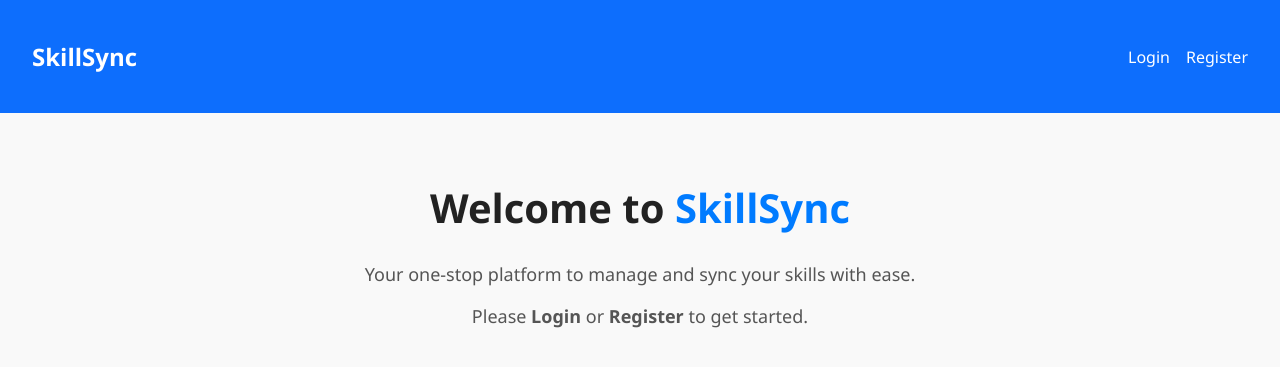
Repository: bharathabhi46/SkillSync-FrontEnd
Page: /
An editor plug-in stored every save of this project. The page is shown before and after the next save, followed by the edit.
The browser window is 1280 px wide. The pictures show the whole page.
The project was rebuilt for these pictures with package versions that can differ from the ones it lists, and the page was loaded fresh each time. Also part of the build but not shown: vite.config.js, src/Components/CreateUser/CreateUser.css, src/Components/CreateUser/CreateUser.jsx, src/Components/UserList/UserList.css, src/Components/UserList/UserList.jsx, src/Components/EditUser/EditUser.css, src/Components/EditUser/EditUser.jsx, src/Components/RegisterUser/RegisterUser.css and 4 more.

Above is the page before, as saved 2025-06-28 14:18:26.

### src/main.jsx
import { StrictMode } from "react";
import { createRoot } from "react-dom/client";
import { BrowserRouter } from "react-router-dom";
import App from "./App.jsx";

createRoot(document.getElementById("root")).render(
  <BrowserRouter>
    <App />
  </BrowserRouter>
);

### src/App.jsx
import React from "react";
import CreateUser from "./Components/CreateUser/CreateUser";
import UserList from "./Components/UserList/UserList";
import EditUser from "./Components/EditUser/EditUser";
import { Route, Routes } from "react-router-dom";
import RegisterUser from "./Components/RegisterUser/RegisterUser";
import LoginUser from "./Components/LoginUser/LoginUser";
import "./App.css";
import PrivateAuth from "./Components/PrivateAuth/PrivateAuth";
import NavBar from "./Components/NavBar/NavBar";
import Home from "./Components/Home/Home";
const App = () => {
  return (
    <div>
      <NavBar />
      <Routes>
        <Route path="/" element={<Home />} />
        <Route
          path="/UserList"
          element={
            <PrivateAuth>
              <UserList />
            </PrivateAuth>
          }
        />
        <Route
          path="/EditUser/:id"
          element={
            <PrivateAuth>
              <EditUser />
            </PrivateAuth>
          }
        />
        <Route
          path="/CreateUser"
          element={
            <PrivateAuth>
              <CreateUser />
            </PrivateAuth>
          }
        />
        <Route path="/RegisterUser" element={<RegisterUser />} />
        <Route path="/LoginUser" element={<LoginUser />} />
      </Routes>
    </div>
  );
};

export default App;

### src/App.css
body {
  margin: 0;
  font-family: "Segoe UI", sans-serif;
  background-color: #f9f9f9;
  color: #333;
}

h2 {
  color: #333;
  margin-bottom: 1rem;
}

### src/Components/NavBar/NavBar.jsx
import React from "react";
import { Link, useNavigate } from "react-router-dom";
import "./Navbar.css";
const Navbar = () => {
  const navigate = useNavigate();
  const user = JSON.parse(localStorage.getItem("user"));
  console.log(user !== null);
  const handleLogout = () => {
    localStorage.removeItem("user");
    navigate("/LoginUser");
  };

  return (
    <nav className="navbar">
      <h3 className="logo">SkillSync</h3>
      <div className="nav-links">
        {user ? (
          <>
            <span>
              Welcome, <strong>{user.name}</strong> 👋
            </span>
            <Link to="/UserList">Users</Link>
            <Link to="/CreateUser">Create</Link>
            <button onClick={handleLogout}>Logout</button>
          </>
        ) : (
          <>
            <Link to="/LoginUser">Login</Link>
            <Link to="/RegisterUser">Register</Link>
          </>
        )}
      </div>
    </nav>
  );
};

export default Navbar;

### src/Components/Home/Home.jsx
import React from "react";
import "./Home.css";

const Home = () => {
  const user = JSON.parse(localStorage.getItem("user"));

  return (
    <div className="home-container">
      <h1>
        Welcome to <span>SkillSync</span>
      </h1>
      <p>
        {user
          ? `Hello, ${user.name}! You are logged in.`
          : "Your one-stop platform to manage and sync your skills with ease."}
      </p>
      {!user && (
        <p>
          Please <strong>Login</strong> or <strong>Register</strong> to get
          started.
        </p>
      )}
    </div>
  );
};

export default Home;

### src/Components/NavBar/Navbar.css
.navbar {
  display: flex;
  justify-content: space-between;
  align-items: center;
  background-color: #0d6efd;
  padding: 1rem 2rem;
  color: white;
}

.logo {
  font-size: 1.5rem;
  font-weight: bold;
}

.nav-links a,
.nav-links button {
  margin-left: 1rem;
  color: white;
  text-decoration: none;
  font-weight: 500;
  border-color: white;
  border: 1px;
  cursor: pointer;
}

.nav-links button:hover,
.nav-links a:hover {
  text-decoration: underline;
}

### src/Components/Home/Home.css
.home-container {
  text-align: center;
  padding: 40px 20px;
}

.home-container h1 {
  font-size: 2.5rem;
  color: #222;
}

.home-container span {
  color: #007bff;
}

.home-container p {
  font-size: 18px;
  margin-top: 1rem;
  color: #555;
}

Loaded but not shown: index.html (common file)

After the next save:
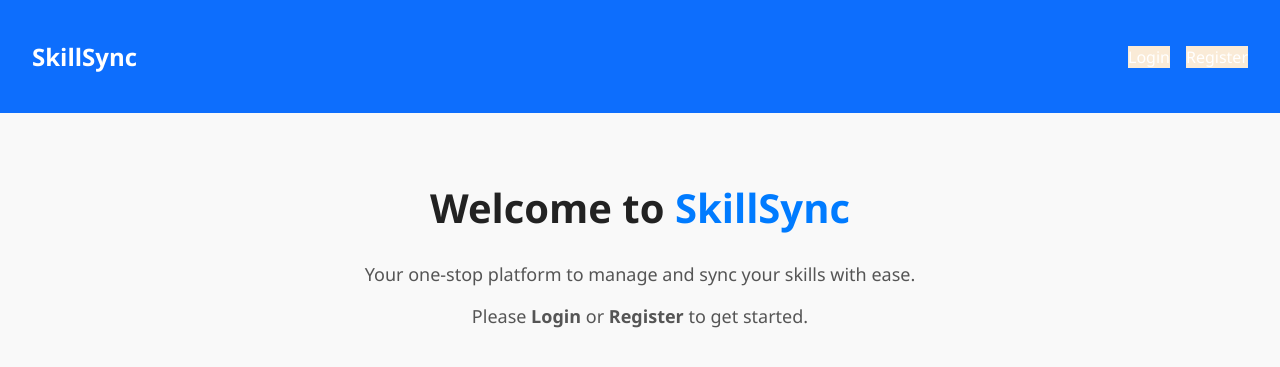
Saved 15 s later.
--- a/src/Components/NavBar/Navbar.css
+++ b/src/Components/NavBar/Navbar.css
@@ -19,6 +19,7 @@
   text-decoration: none;
   font-weight: 500;
   border-color: white;
+  background-color: antiquewhite;
   border: 1px;
   cursor: pointer;
 }

After the save that followed:
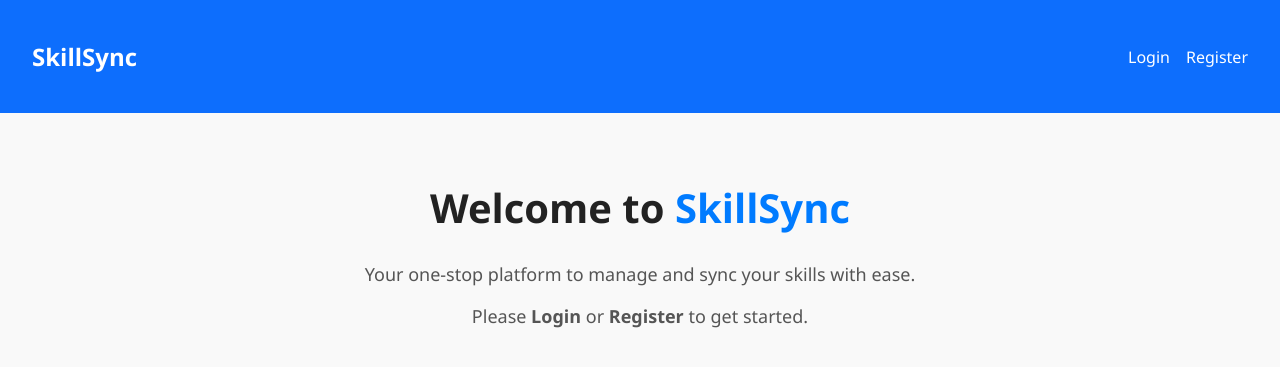
Saved 11 s later.
--- a/src/Components/NavBar/Navbar.css
+++ b/src/Components/NavBar/Navbar.css
@@ -19,7 +19,7 @@
   text-decoration: none;
   font-weight: 500;
   border-color: white;
-  background-color: antiquewhite;
+  background-color: transparent;
   border: 1px;
   cursor: pointer;
 }
